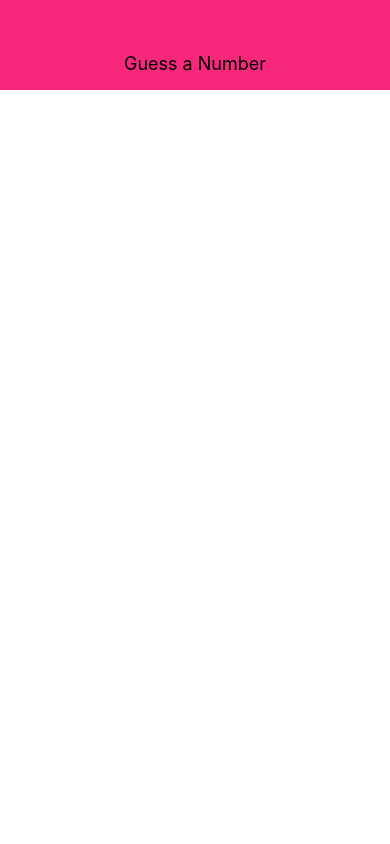
Repository: ChidiChuks/rn-second-project
Screen: / (app in second-project/)
An editor plug-in stored every save of this project. The screen is shown before and after the next save, followed by the edit.
The app was drawn by React Native's web renderer in a window 390 px wide. The project was rebuilt for these pictures with package versions that can differ from the ones it lists, and the page was loaded fresh each time.

Above is the screen before, as saved 2019-10-23 13:01:00.

After the next save:
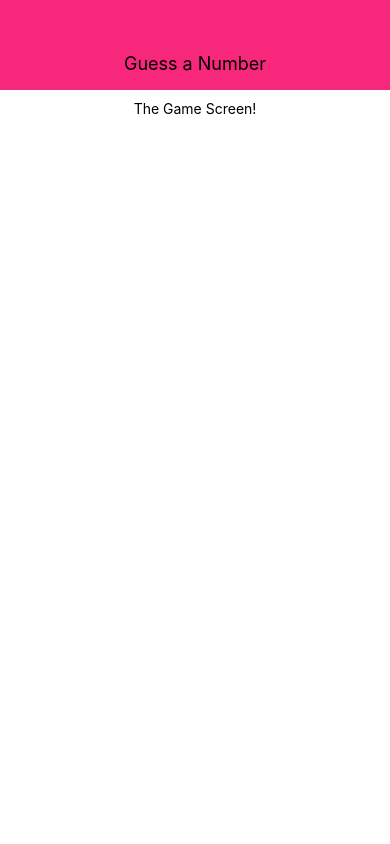
Saved 26 s later.
--- a/second-project/App.js
+++ b/second-project/App.js
@@ -8,7 +8,7 @@ export default function App() {
   return (
     <View style={styles.screen}>
       <Header title="Guess a Number" />
-
+      <StartGameScreen />
     </View>
   );
 }
